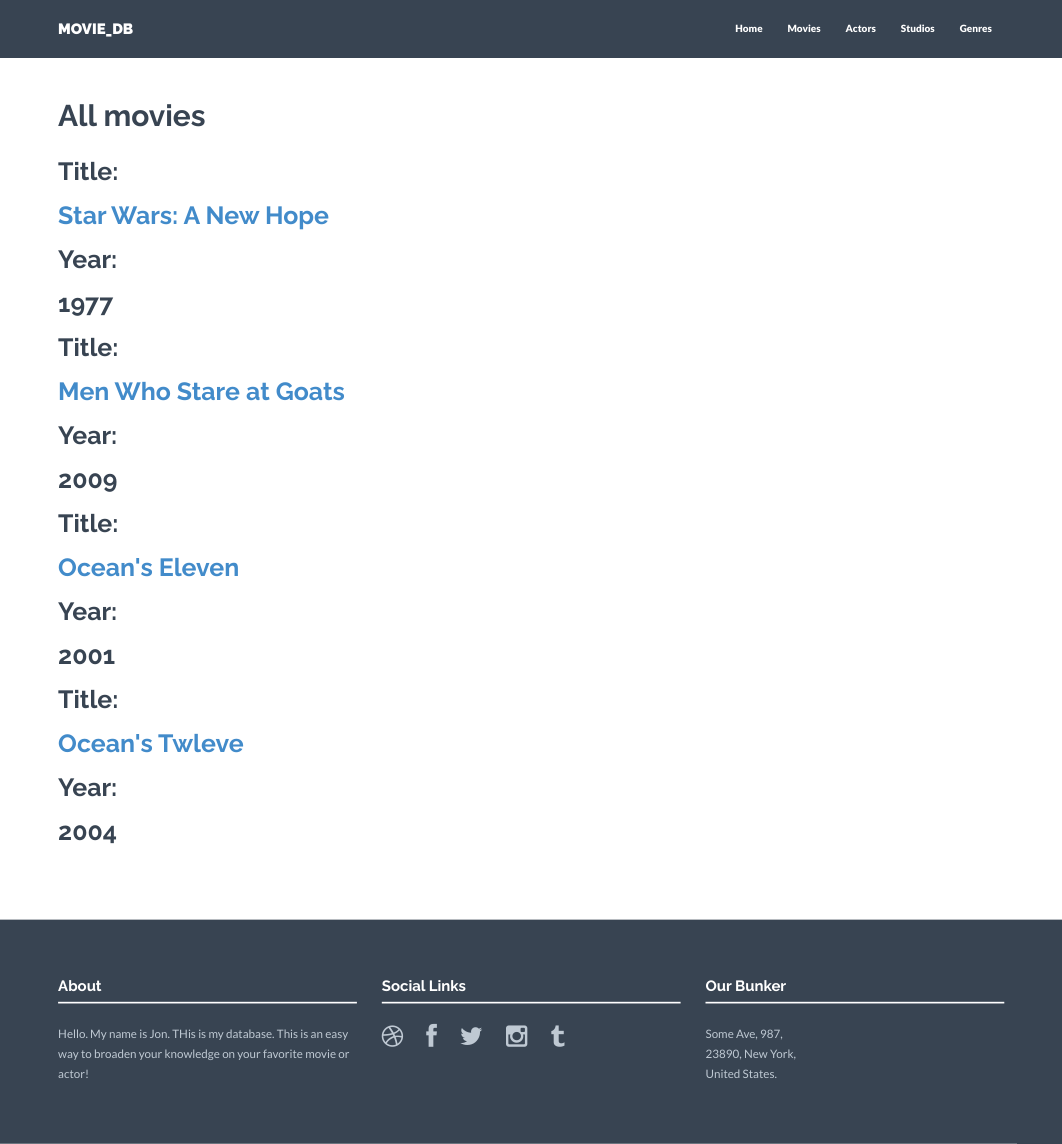
Repository: jonak91/Buzzerd-index
Page: http://localhost/movies.php
The author's editor kept a record of every edit. The page is drawn from the files as they stood at one moment, then again after the next edit.
The browser window is 1280 px wide. The pictures show the whole page, at 83% of full size.
Some web libraries are served in a nearby version. The page is run by PHP 8.4 with error messages shown; the project is at /var/www/html/. The database holds what the project's SQL file puts in it.

Above is the page before.
Not found: assets/js/modernizr.js

After the next edit:
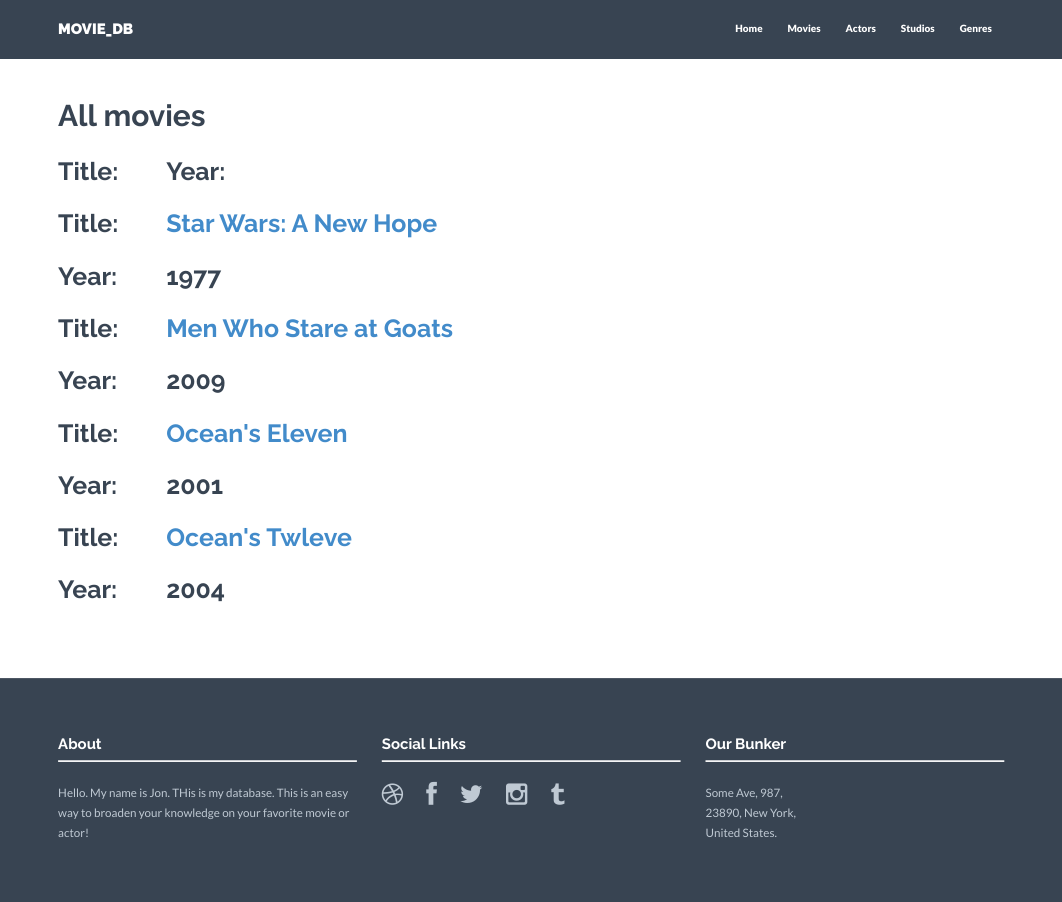
The edit:
--- a/movies.php
+++ b/movies.php
@@ -9,11 +9,8 @@
 	 			<h1>All movies</h1>
 	 			<table style="width:100%">
 
-
-
-
-					</table>
-	 			<?php
+					<td><h2>Title:</h2></td> <td><h2>Year:</h2></td>
+					<?php
 		 		$movies = get_movies();
 		 		foreach ($movies as $movie) {
 		 		?>
@@ -27,6 +24,10 @@
 		 		</tr>
 		 		<?php } ?>
 
+
+
+					</table>
+
 </div><! --/ MAIN CONTENT AREA -->
 
 	 </div><! --/row -->
